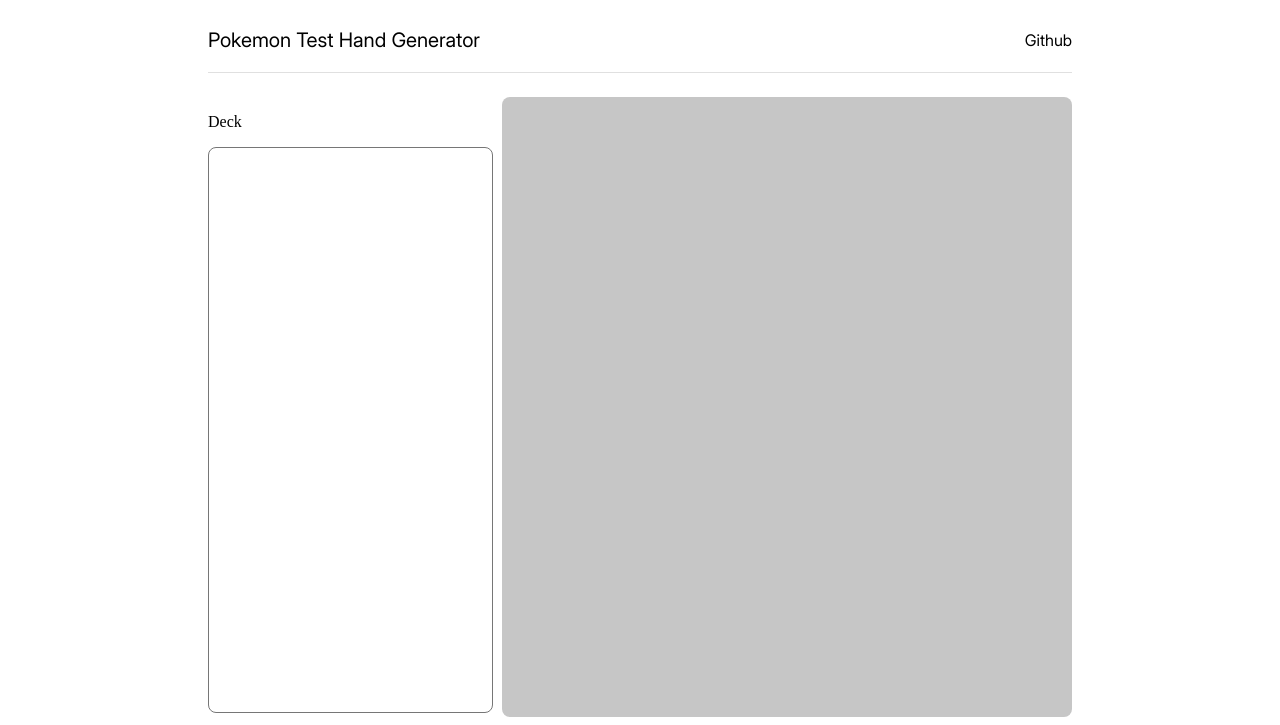
Repository: danielj1415/test-hand-simulator
Page: /
The author's editor kept a copy of each file at every save. The page is drawn from the files as they stood at one save, then again after the next save.
The browser window is 1280 px wide. The pictures show the whole page.
The project was rebuilt for these pictures with package versions that can differ from the ones it lists, and the page was loaded fresh each time. Also part of the build but not shown: vite.config.ts, src/index.css.

Above is the page before, as saved 2024-10-30 18:11:49.

### src/App.tsx
import { useState } from 'react'
import './App.css'
import { Outlet, Link } from "react-router-dom";

function App() {

  const [deckList, setDeckList] = useState({
    deck: ''
  })

  // Handle input changes
  const handleChange = (e: { target: { name: any; value: any; }; }) => {
    const { name, value } = e.target;
    setDeckList((prevData) => ({
      ...prevData,
      [name]: value
    }));
  };

  // Handle form submission
  const handleSubmit = (e: { preventDefault: () => void; }) => {
    e.preventDefault(); // Prevents the default form submission behavior
    // Process the form data here (e.g., send to an API)
  };

  return (
    <div>
      <div className = "mainContainer">
        <div className = "navigationBar">
          <p className = "headerTextBold">Pokemon Test Hand Generator</p>
          <p className = "headerText">Github</p>
        </div>
        <div className = "divider"/>
        <div className = "mainBody">
          <div className = "inputDeck">
            <p>Deck</p>
            <form onSubmit = {handleSubmit}>
              <div>
                <label htmlFor="deck"></label>
                <textarea className = "deckInputDiv" id="deck" name="deck" value={deckList.deck} onChange={handleChange}/>
              </div>
            </form>
          </div>
          <div className = "testHands"></div>
        </div>
      </div>
    </div>
  )
}

export default App

### src/App.css

@import "./fonts.css";

.mainContainer{
  margin-left: 200px;
  margin-right: 200px;
}

.navigationBar{
  display: flex;
  align-items:center;
  justify-content: space-between;
}

.headerText{
  font-size: 16px;
  font-family: "Inter";
}

.headerTextBold{
  font-size: 20px;
  font-family: "Inter";
}

.divider{
  width: 100%;
  height: 1px;
  background-color: rgb(224, 224, 224);
}

.mainBody{
  display: flex;
  justify-content: space-between;
  margin-top: 24px;
}

.inputDeck{
  width: 33%;
  border-radius: 8px;
}

.testHands{
  width: 66%;
  background-color: rgb(198, 198, 198);
  border-radius: 8px;
}

.deckInputDiv{
  width: 98%;
  height: 560px;
  resize: none;
  border-radius: 8px;
  font-family: "Inter";
}

### src/fonts.css
@font-face {
    font-family: "Inter";
    src: url("/src/assets/fonts/Inter_28pt-Regular.ttf");
  }

Loaded but not shown: index.html (common file); src/main.tsx (common file)

After the next save:
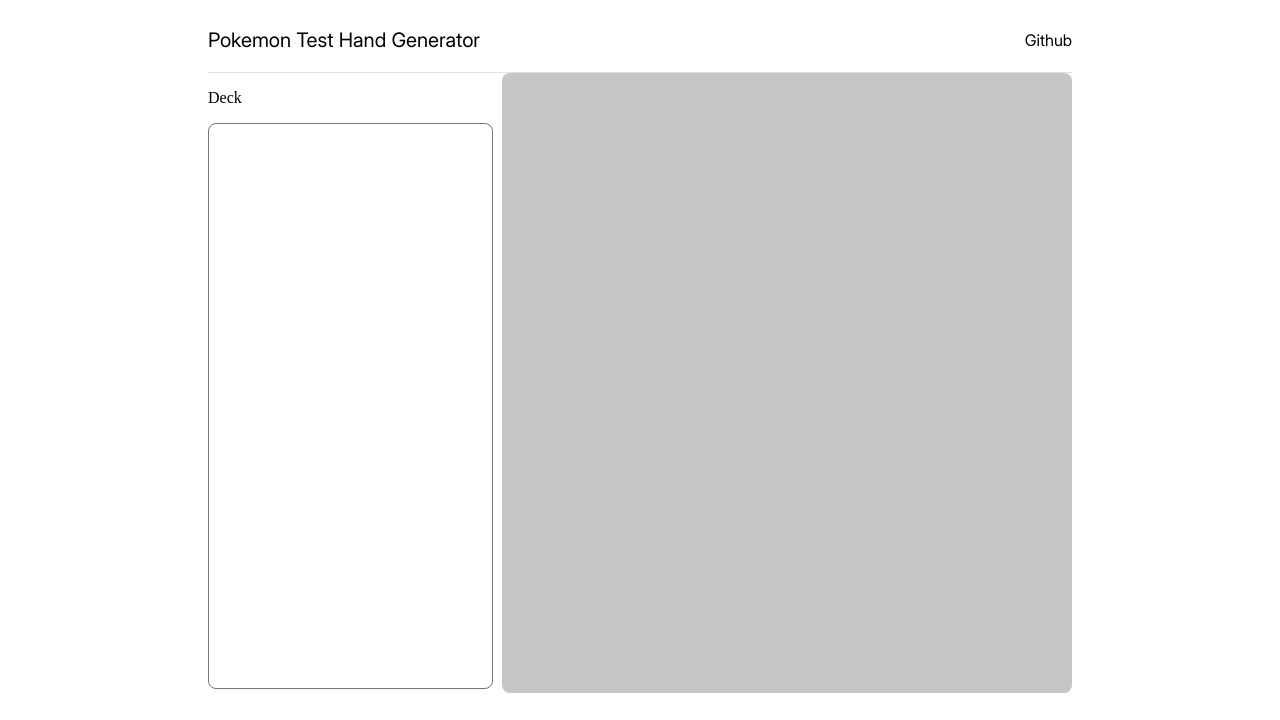
Saved 25 s later.
--- a/src/App.css
+++ b/src/App.css
@@ -31,7 +31,6 @@
 .mainBody{
   display: flex;
   justify-content: space-between;
-  margin-top: 24px;
 }
 
 .inputDeck{
